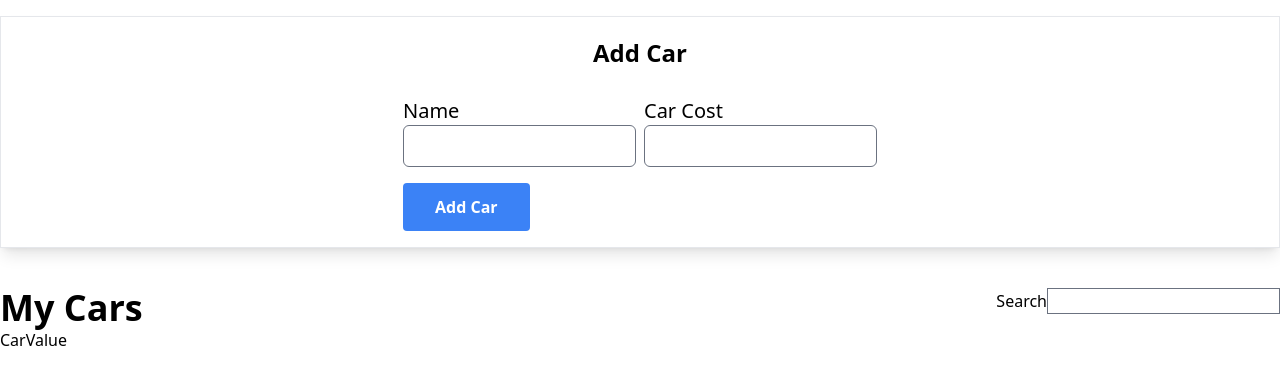
Repository: Marhamat92/carsappreduxtoolkit
Page: /
An editor plug-in stored every save of this project. The page is shown before and after the next save, followed by the edit.
The browser window is 1280 px wide. The pictures show the whole page.
The project was rebuilt for these pictures with package versions that can differ from the ones it lists, and the page was loaded fresh each time.

Above is the page before, as saved 2023-01-23 23:58:41.

After the next save:
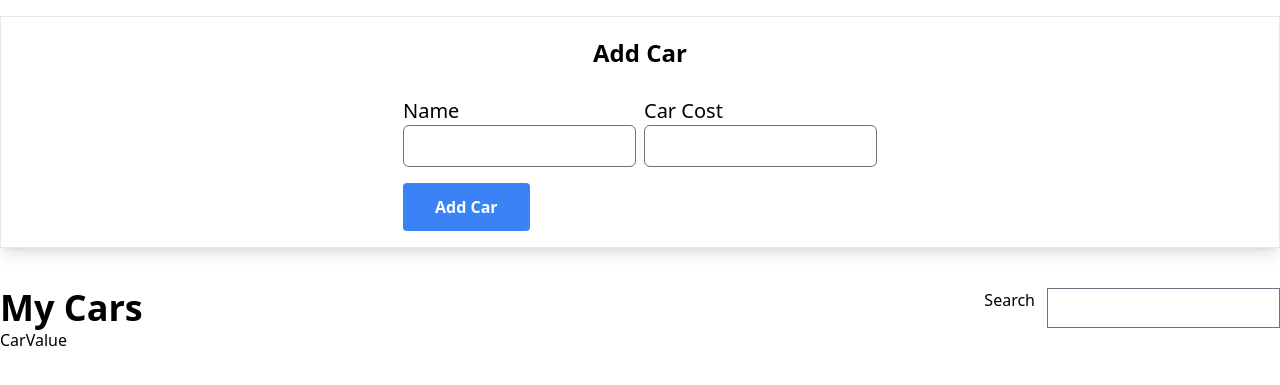
Saved 21 s later.
--- a/src/components/CarSearch.js
+++ b/src/components/CarSearch.js
@@ -5,7 +5,7 @@ function CarSearch() {
     <div>
       <div className='flex justify-between mt-10' >
         <h1 className='text-4xl font-bold' >My Cars</h1>
-        <div>
+        <div className='flex space-x-3' >
           <label htmlFor="">Search</label>
           <input className=' border border-gray-500' type="text" />
         </div>
